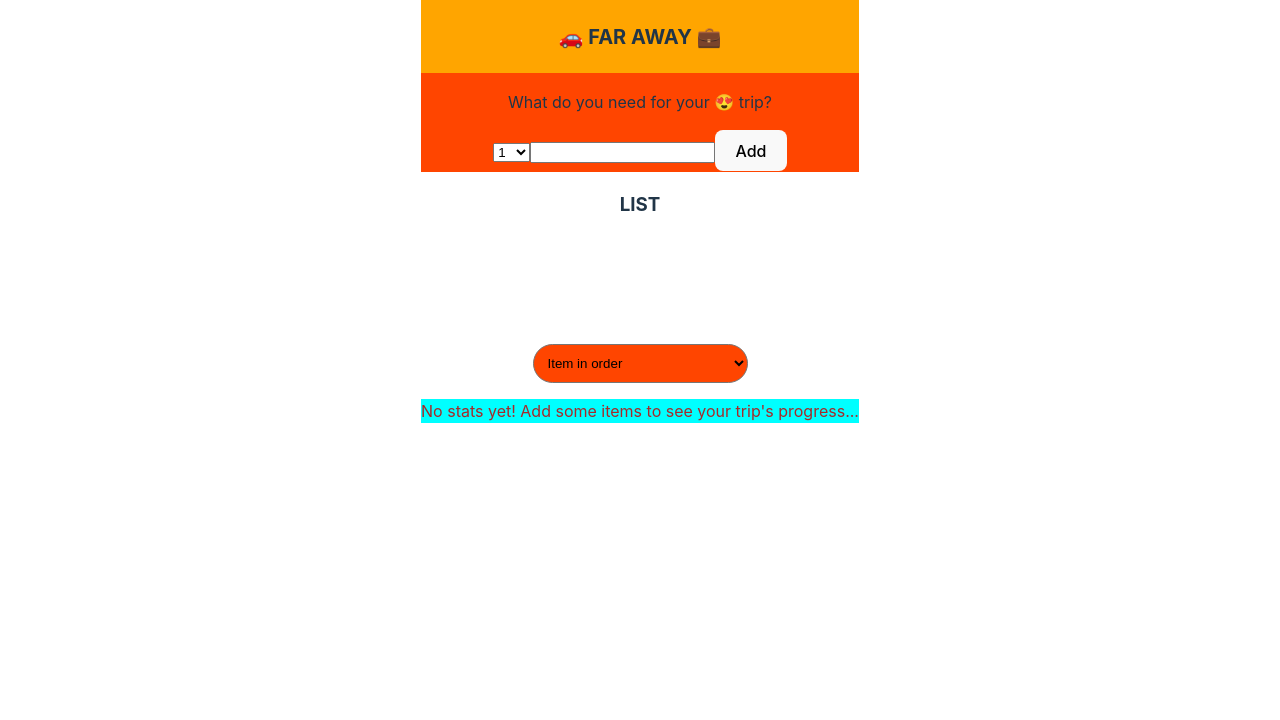
Repository: Celebration-cloud/Trip-Add-To-List
Page: /
An editor plug-in stored every save of this project. The page is shown before and after the next save, followed by the edit.
The browser window is 1280 px wide. The pictures show the whole page.
The project was rebuilt for these pictures with package versions that can differ from the ones it lists, and the page was loaded fresh each time. Also part of the build but not shown: vite.config.js.

Above is the page before, as saved 2023-10-29 17:23:36.

After the next save:
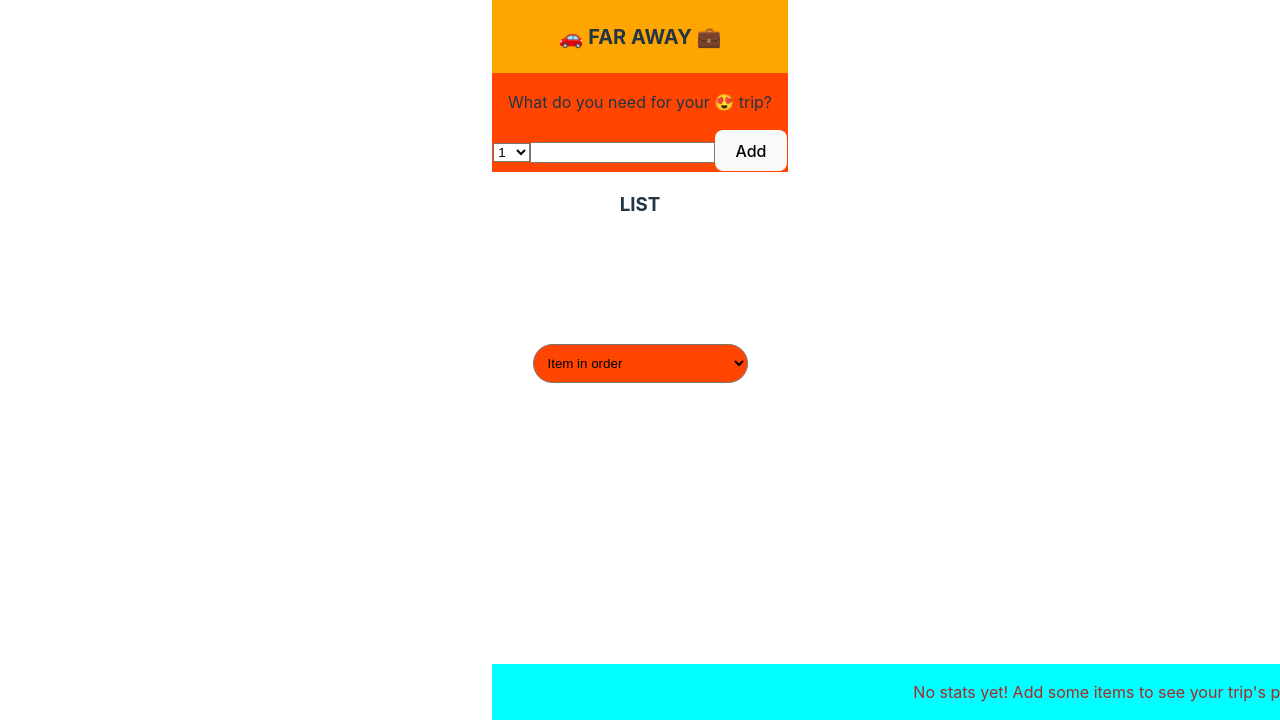
Saved 8 s later.
--- a/src/Trip-List/TripList.css
+++ b/src/Trip-List/TripList.css
@@ -4,7 +4,7 @@
             height: "30px",
             width: "100%", */
 .static{
-    position: ;
+    position: fixed;
     background-color: aqua;
     color: brown;
     bottom: 0px;

After the 3 saves that followed:
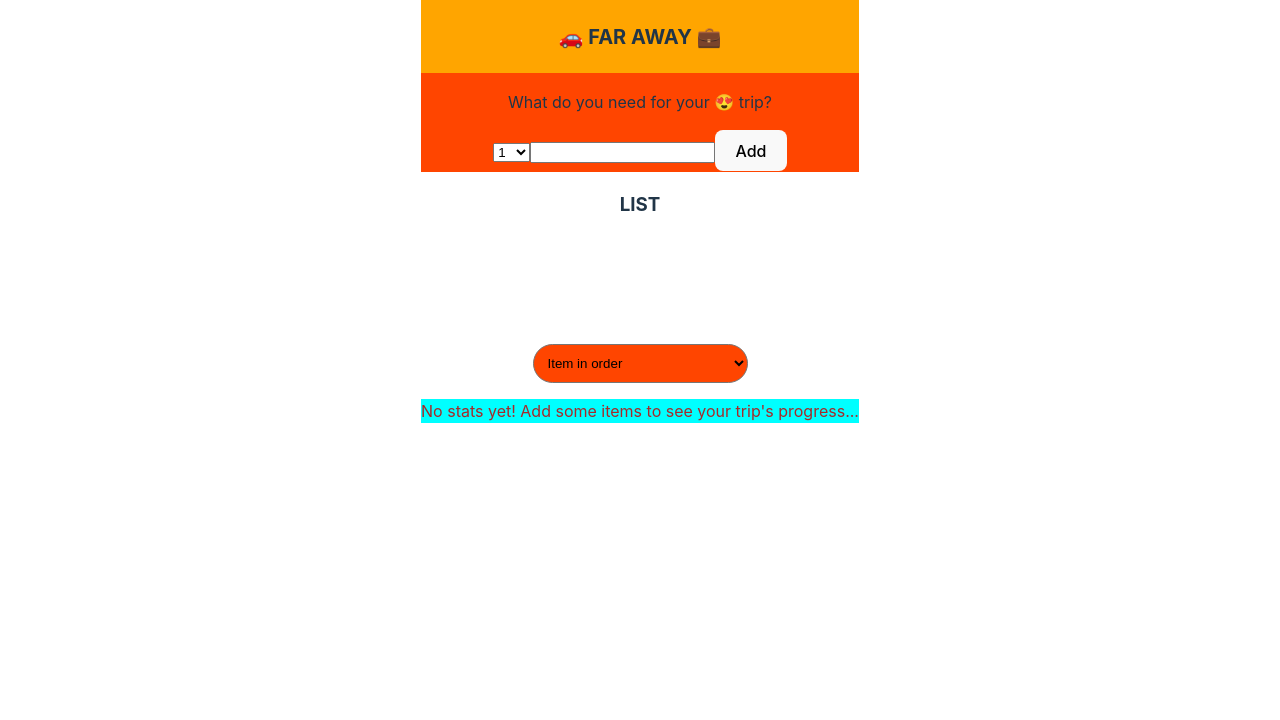
The 3 saves are shown as one change because they came seconds apart.
The last was saved 29 s later.
--- a/src/Trip-List/TripList.css
+++ b/src/Trip-List/TripList.css
@@ -4,7 +4,7 @@
             height: "30px",
             width: "100%", */
 .static{
-    position: fixed;
+    position: sticky;
     background-color: aqua;
     color: brown;
     bottom: 0px;
